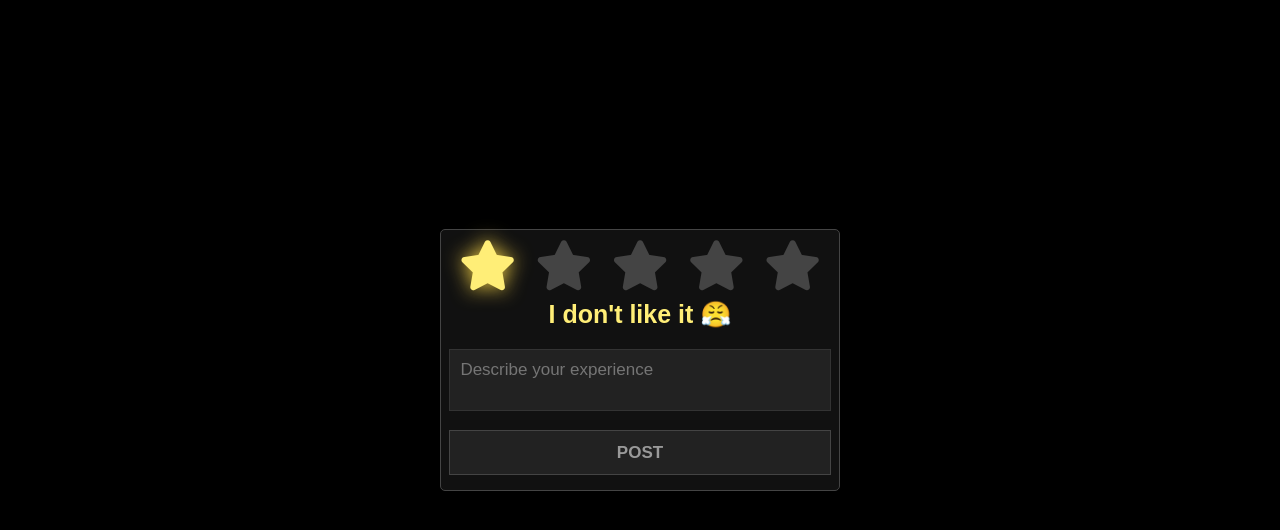
Repository: Suryansh-D/Star-Ratings
Page: index.html
The author's editor kept a copy of each file at every save. The page is drawn from the files as they stood at one save, then again after a run of saves.
The browser window is 1280 px wide. The pictures show the whole page.
The first `#rate-1` is checked.

Above is the page before, as saved 2024-02-03 10:15:37.

### index.html
<!DOCTYPE html>
<html lang="en">
<head>
    <meta charset="UTF-8">
    <meta name="viewport" content="width=device-width, initial-scale=1.0">
    <title>Document</title>
</head>
<link rel="stylesheet" href="style.css">
<link rel="stylesheet" href="https://cdnjs.cloudflare.com/ajax/libs/font-awesome/5.15.3/css/all.min.css">
<body>
    <div class="container">
        <div class="stars">
            <input type="radio" name="rate" id="rate-5">
            <label for="rate-5" class="fas fa-star"></label>
            <input type="radio" name="rate" id="rate-4">
            <label for="rate-4" class="fas fa-star"></label>
            <input type="radio" name="rate" id="rate-3">
            <label for="rate-3" class="fas fa-star"></label>
            <input type="radio" name="rate" id="rate-2">
            <label for="rate-2" class="fas fa-star"></label>
            <input type="radio" name="rate" id="rate-1">
            <label for="rate-1" class="fas fa-star"></label>
            <form action="#">
                <header></header>
                <div class="textarea">
                <textarea cols="30" placeholder="Describe your experience"></textarea>
                </div>
                    <div class="btn">
                        <button type="submit">Post</button>
                        </div>
                 </form>
        </div>
    </div>
    <script></script>
</body>
</html>

### style.css
@import url('https://fonts.googleapis.com/css?family=Roboto:400,700');
* {
  margin: 0;
  padding: 0;
  box-sizing: border-box;
  font-family:'Poppins', sans-serif;
}
html, body {
  height: 100%;
  background-color: #000;
  place-items: center;
  display: grid;
  text-align: center;
}

.container {
  width: 400px;
  background: #111;
    padding: 20px , 30px;
    border: 1px solid #444;
    border-radius: 5px;
    display: flex;
    flex-direction: column;
    align-items: center;
    justify-content: center;
}
.container .stars input{
    display: none;
}
.stars label{
    font-size: 50px;
    color: #444;
    cursor: pointer;
    transition: all 0.2s ease;
    float: right;
    padding: 10px;

}
.stars input:not(:checked) ~ label:hover ,
.stars input:not(:checked) ~ label:hover ~ label{
    color: #ffcc00;
}
.stars input:checked ~ label{
    color: #ffcc00;
}
input#rate-5:checked ~ label{
    color: #fe7;
    text-shadow: 0 0 20px #f1cf45;
}
input#rate-4:checked ~ label{
    color: #fe7;
    text-shadow: 0 0 20px #f1cf45;
}
input#rate-3:checked ~ label{
    color: #fe7;
    text-shadow: 0 0 20px #f1cf45;
}
input#rate-2:checked ~ label{
    color: #fe7;
    text-shadow: 0 0 20px #f1cf45;
}
input#rate-1:checked ~ label{
    color: #fe7;
    text-shadow: 0 0 20px #f1cf45;
}

#rate-1:checked ~ form header:before{
    content: "I don't like it 😤";

}
form header{
    width:100%;
    font-size: 25px;
    color: #fe7;
    font-weight: 700;
    margin: 5px 0 20px 0;
    text-align: center;
    transition: all 0.2s ease;
}

form .textarea{
    width: 100%;
   height: 100%;
   overflow: hidden;
}
form .textarea textarea{
    height: 100%;
    width:100%;
    outline: none;
    color: #fff;
    border: 1px solid #333;
    background: #222;
    padding: 10px;
    font-size: 17px;
    resize: none;
}
form .btn{
  height: 45px;
  width: 100%;
  margin: 15px 0;
}
form .btn button{
    width: 100%;
    height: 100%;
    border: 1px solid #444;
    outline: none;
    background: #222;
    color: #999;
    font-size: 20px;
    font-weight: 700;
    cursor: pointer;
    transition: all 0.2s ease;
    font-size: 17px;
    text-transform: uppercase;
}
form .btn button:hover{
    background: #1b1b1b;
    color: #fff;
}

After the next 2 saves:
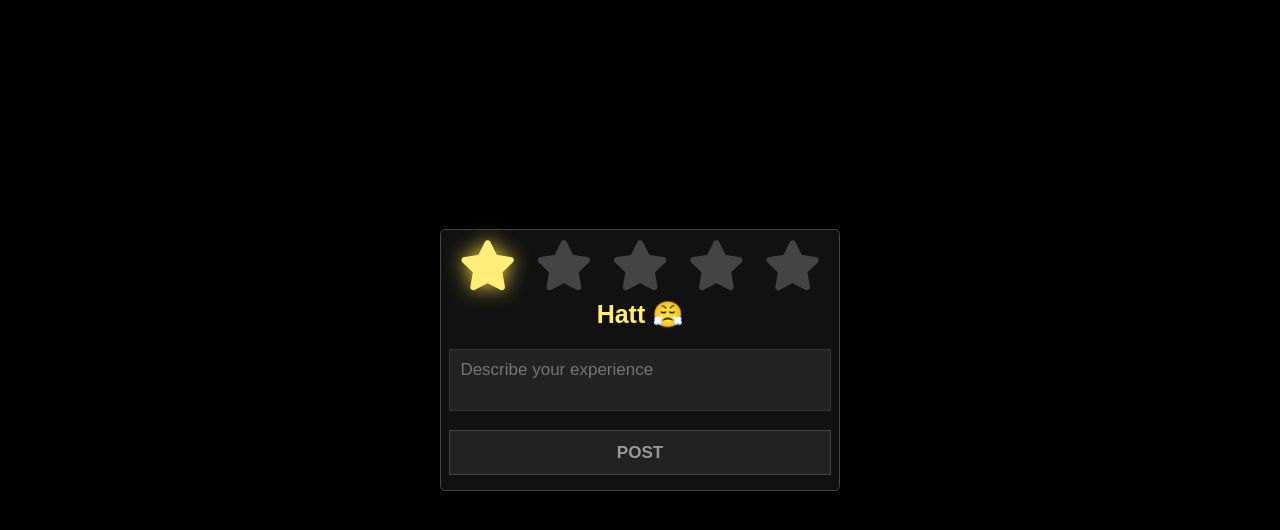
The 2 saves are shown as one change because they came seconds apart.
The last was saved 22 s later.
--- a/style.css
+++ b/style.css
@@ -65,7 +65,7 @@ input#rate-1:checked ~ label{
 }
 
 #rate-1:checked ~ form header:before{
-    content: "I don't like it 😤";
+    content: "Hatt 😤";
 
 }
 form header{
